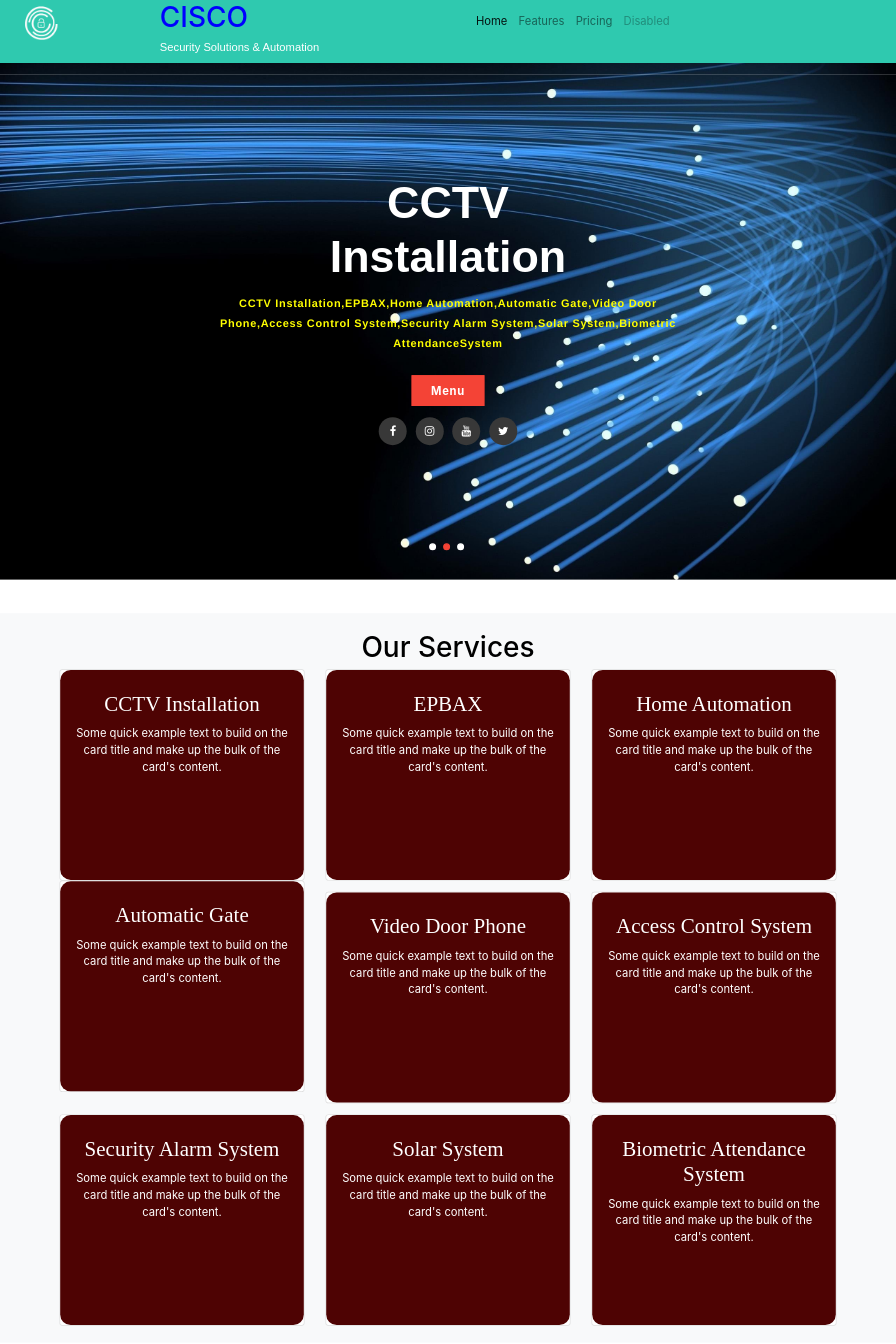
Repository: Nuhman123/Cisco
Page: index.html
These files come from the project's save history. The page is drawn as it stood at one moment and after a run of saves; the edit follows.
The browser window is 1280 px wide. The pictures show the part of the page from y = 0 to 1920 px (the page is 3545 px tall), at 70% of full size.

Above is the page before, as saved 2021-04-09 11:11:33.

After the next 3 saves:
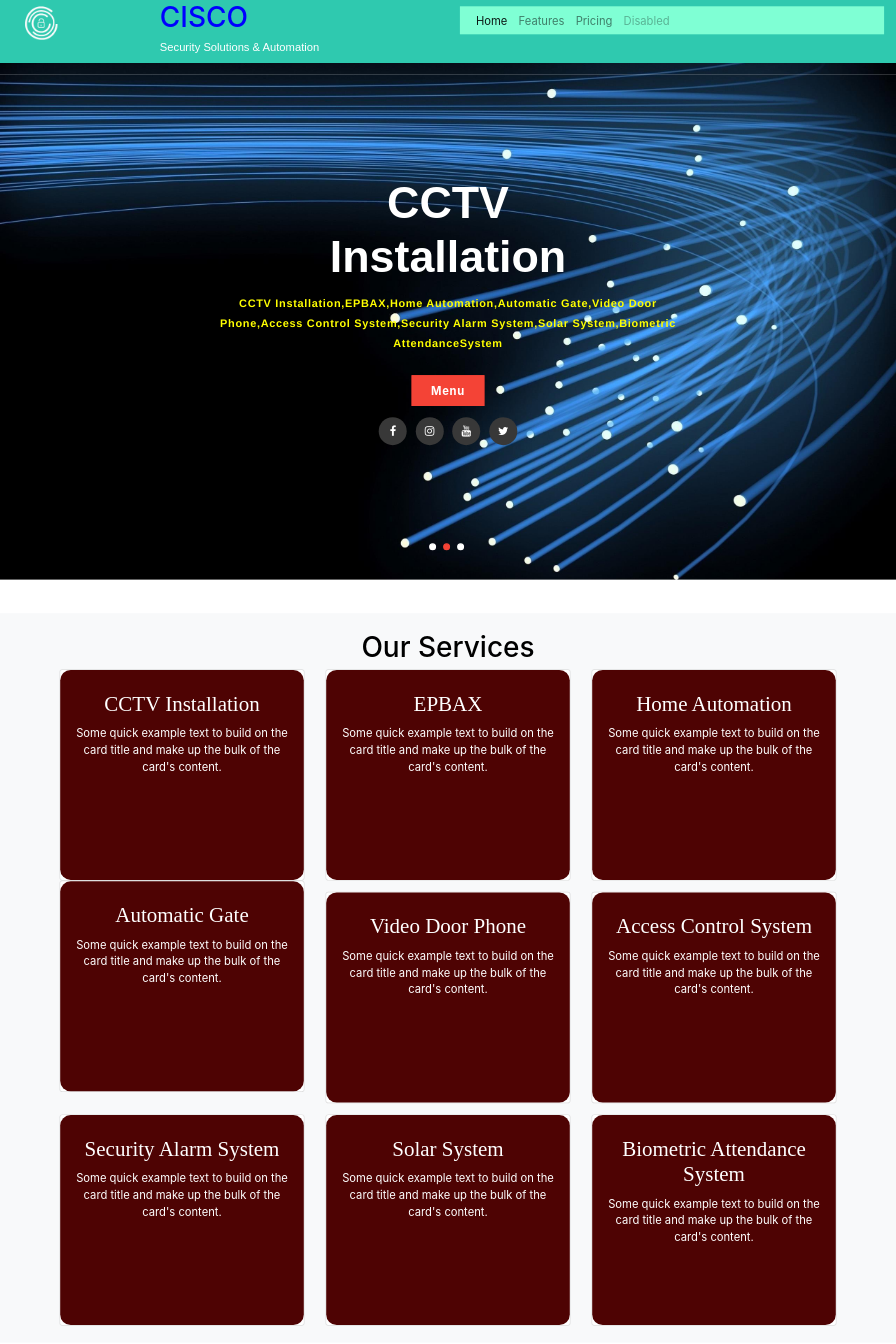
The 3 saves are shown as one change because they came seconds apart.
The last was saved 7 s later.
--- a/index.html
+++ b/index.html
@@ -75,7 +75,7 @@
 			<button class="navbar-toggler" type="button" data-toggle="collapse" data-target="#navbarNavAltMarkup" aria-controls="navbarNavAltMarkup" aria-expanded="false" aria-label="Toggle navigation">
 			  <span class="navbar-toggler-icon"></span>
 			</button>
-			<div class="collapse navbar-collapse" id="navbarNavAltMarkup" style="">
+			<div class="collapse navbar-collapse" id="navbarNavAltMarkup" style="background-color: aquamarine;">
 			  <div class="navbar-nav">
 				<a class="nav-item nav-link active" href="#">Home <span class="sr-only">(current)</span></a>
 				<a class="nav-item nav-link" href="#">Features</a>
